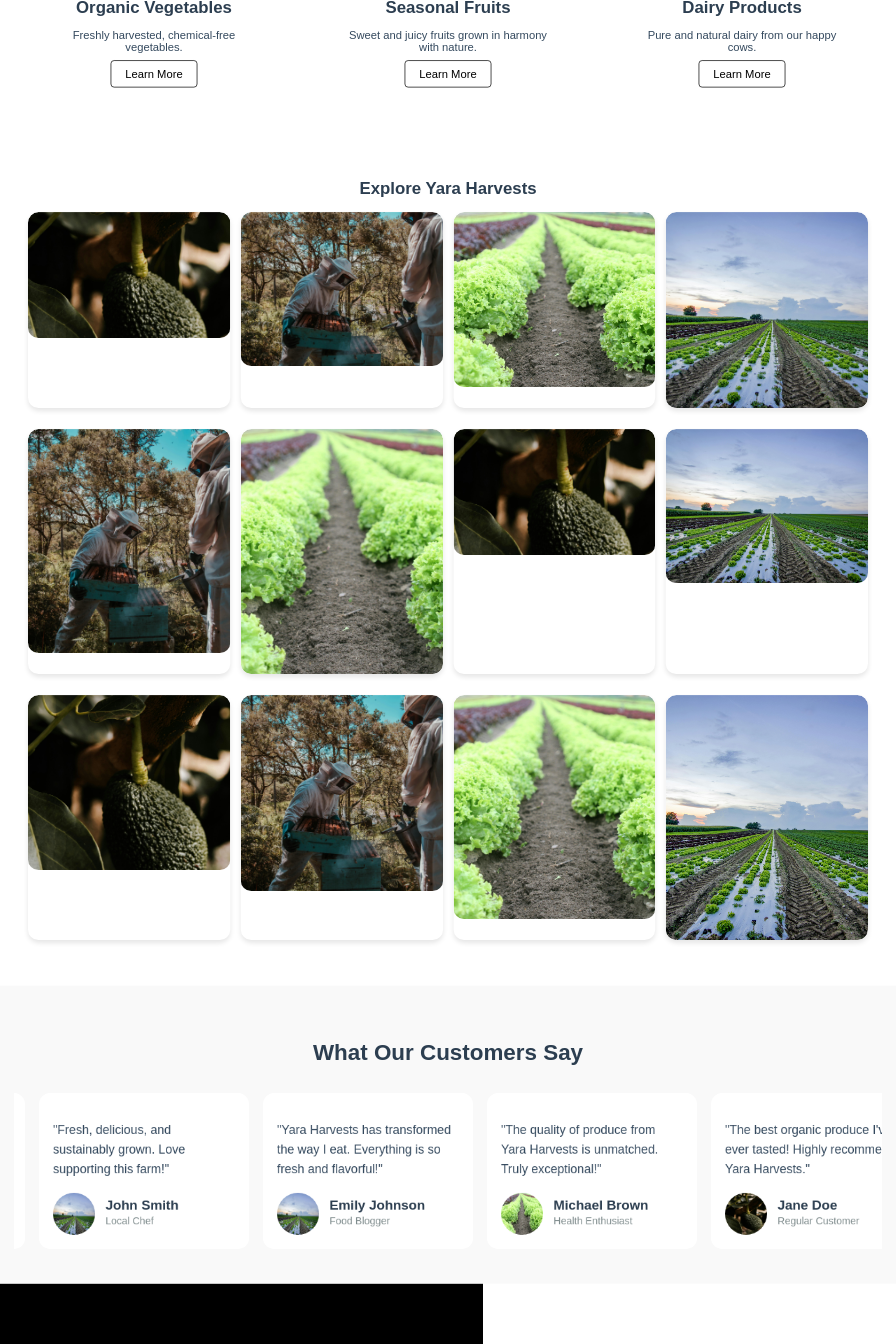
Repository: Kanyi-Manyara/yara-farm
Page: index.html
An editor plug-in stored every save of this project. The page is shown before and after a run of saves, followed by the edit.
The browser window is 1280 px wide. The pictures show the part of the page from y = 1190 to 3110 px (the page is 3852 px tall), at 70% of full size.
Pictures or frames that could not be fetched are drawn as grey boxes.

Above is the page before, as saved 2025-05-09 20:47:21.

After the next 2 saves:
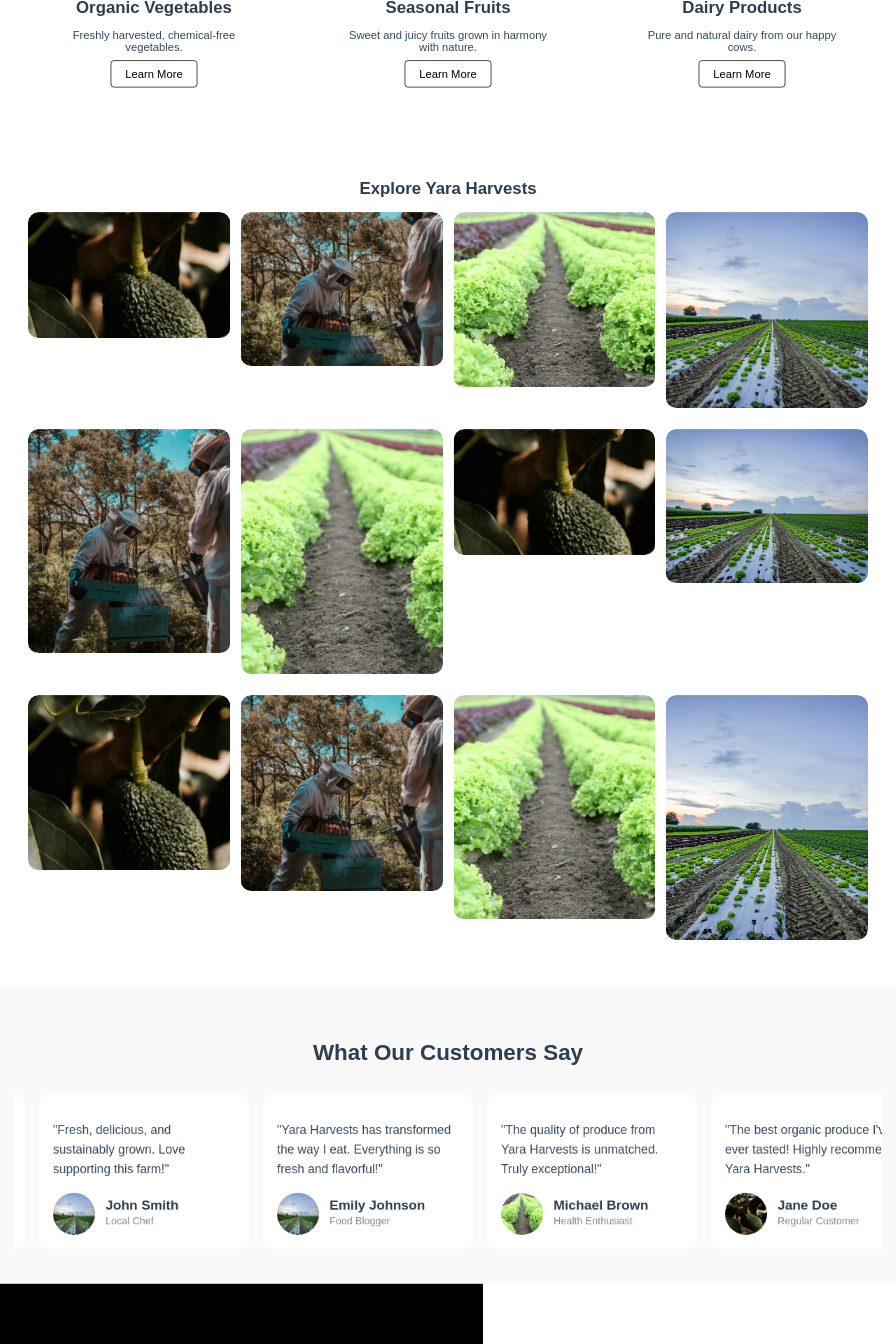
The 2 saves are shown as one change because they came seconds apart.
The last was saved 6 s later.
--- a/style.css
+++ b/style.css
@@ -583,49 +583,55 @@ header {
 
   /* Gallery Section - Pinterest Style */
 #gallery {
-    padding: 50px 20px;
-    text-align: center;
-  }
-
+  padding: 50px 20px;
+  text-align: center;
+}
+
+.gallery-grid {
+  column-count: 4; /* Desktop view: 4 columns */
+  column-gap: 15px;
+  padding: 0 20px;
+}
+
+.gallery-item {
+  position: relative;
+  display: inline-block;
+  width: 100%;
+  margin-bottom: 15px;
+  overflow: hidden;
+  border-radius: 15px; /* Smooth curved edges */
+  box-shadow: none; /* Remove the card shadow */
+  transition: transform 0.3s ease;
+  break-inside: avoid; /* Prevents items from breaking across columns */
+}
+
+.gallery-item:hover {
+  transform: scale(1.02); /* Slight zoom on hover */
+}
+
+.gallery-item img {
+  width: 100%;
+  display: block;
+  border-radius: 15px; /* Match the container's curved edges */
+}
+
+/* Responsive layout for wide screens (desktops) */
+@media (min-width: 1201px) {
   .gallery-grid {
-    column-count: 4; /* Desktop view: 4 columns */
-    column-gap: 15px;
-    padding: 0 20px;
-  }
-
-  .gallery-item {
-    position: relative;
-    display: inline-block;
-    width: 100%;
-    margin-bottom: 15px;
-    overflow: hidden;
-    border-radius: 15px; /* Smooth curved edges */
-    box-shadow: 0 4px 8px rgba(0, 0, 0, 0.1); /* Subtle shadow for depth */
-    transition: transform 0.3s ease, box-shadow 0.3s ease;
-    break-inside: avoid; /* Prevents items from breaking across columns */
-  }
-
-  .gallery-item:hover {
-    transform: scale(1.02); /* Slight zoom on hover */
-    box-shadow: 0 8px 16px rgba(0, 0, 0, 0.2); /* Enhanced shadow on hover */
-  }
-
-  .gallery-item img {
-    width: 100%;
-    display: block;
-    border-radius: 15px; /* Match the container's curved edges */
-  }
-
-  /* Responsive layout for tablets */
-  @media (max-width: 768px) {
-    .gallery-grid {
-      column-count: 3; /* Tablet view: 3 columns */
-    }
-  }
-
-  /* Responsive layout for mobile - Pinterest style with 2 columns */
-  @media (max-width: 576px) {
-    .gallery-grid {
-      column-count: 2; /* Mobile view: exactly 2 columns like Pinterest */
-    }
-  }
+    column-count: 4; /* Wide screens: 4 columns */
+  }
+}
+
+/* Responsive layout for medium-sized screens (laptops) */
+@media (max-width: 1200px) {
+  .gallery-grid {
+    column-count: 3; /* Medium screens: 3 columns */
+  }
+}
+
+/* Responsive layout for tablets and smaller devices */
+@media (max-width: 900px) {
+  .gallery-grid {
+    column-count: 2; /* All smaller devices: exactly 2 columns */
+  }
+}
